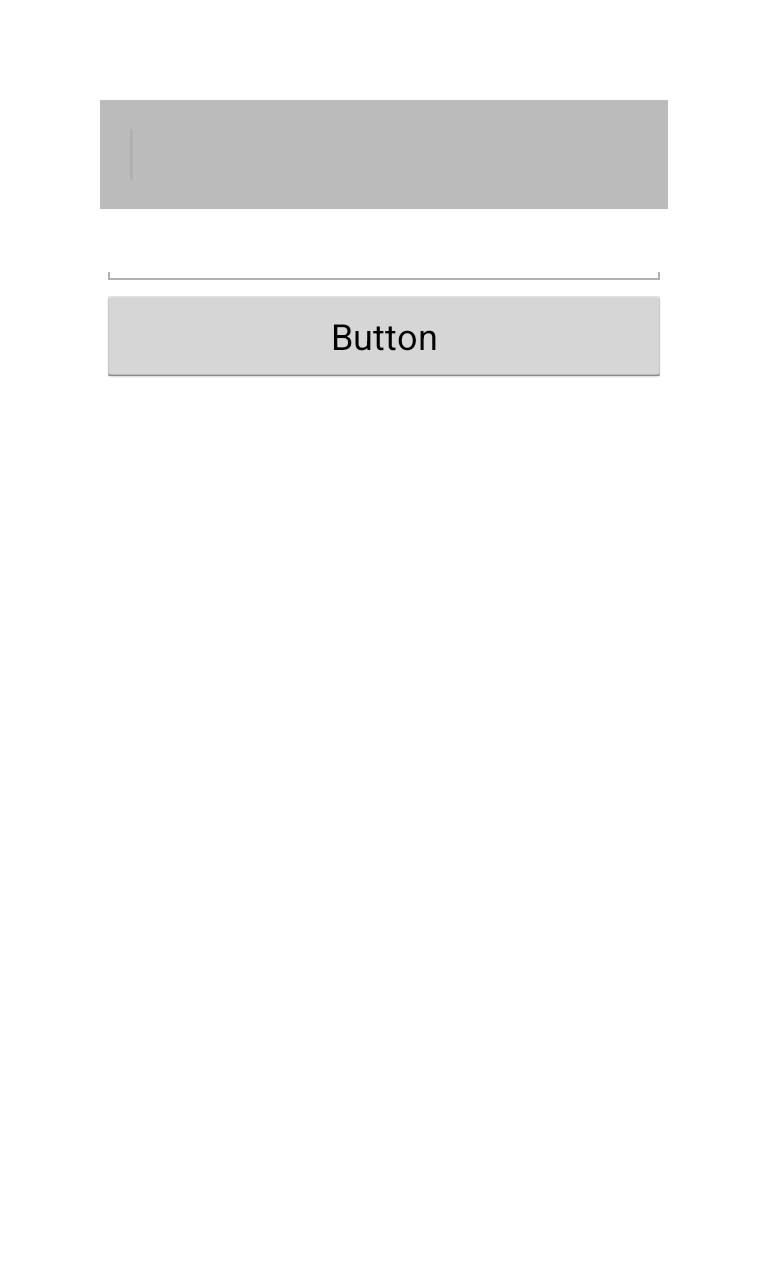
Repository: christianchi/di
Layout: 09 Drawable/UsoDrawNinePatch/res/layout/activity_main.xml
An editor plug-in stored every save of this project. The layout is shown before and after the next save, followed by the edit.
It is drawn on a 768 x 1280 px phone screen (xhdpi) without system bars, with theme AppTheme; the app's code is not run.

Above is the layout before, as saved 2014-01-16 08:43:50.

After the next save:
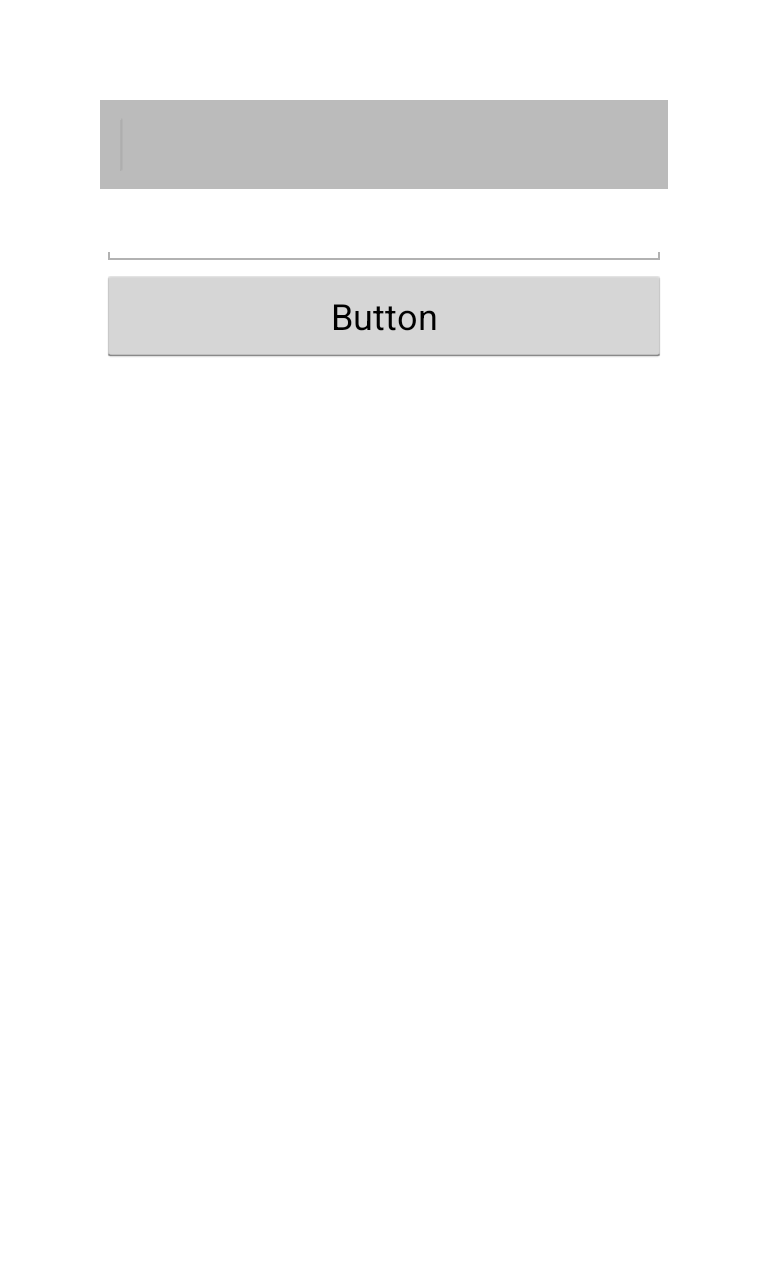
Saved 4 s later.
--- a/09 Drawable/UsoDrawNinePatch/res/layout/activity_main.xml
+++ b/09 Drawable/UsoDrawNinePatch/res/layout/activity_main.xml
@@ -10,7 +10,7 @@
         android:layout_width="match_parent"
         android:layout_height="wrap_content"
         android:ems="10"
-        android:padding="15dp"
+        android:padding="10dp"
         android:background="#bbb" >
 
         <requestFocus />
